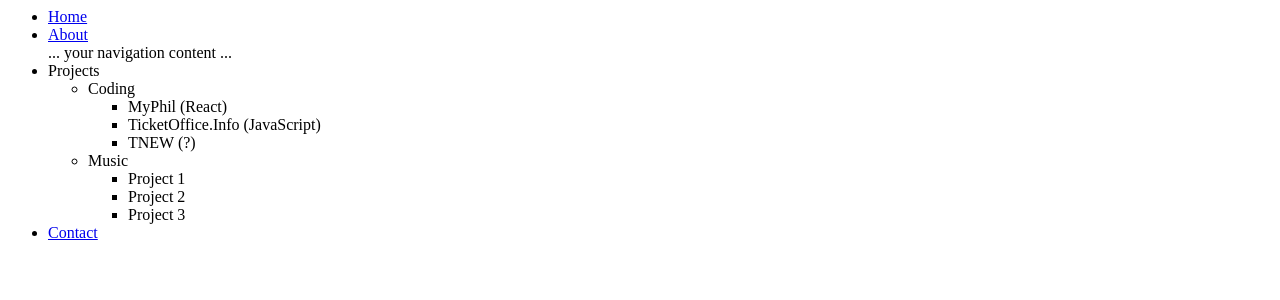
Repository: muesinga/aaronmuesing-dot-com
Page: components/nav.html
These files come from the project's save history. The page is drawn as it stood at one moment and after the next save; the edit follows.
The browser window is 1280 px wide. The pictures show the whole page.

Above is the page before, as saved 2022-06-22 16:46:53.

After the next save:
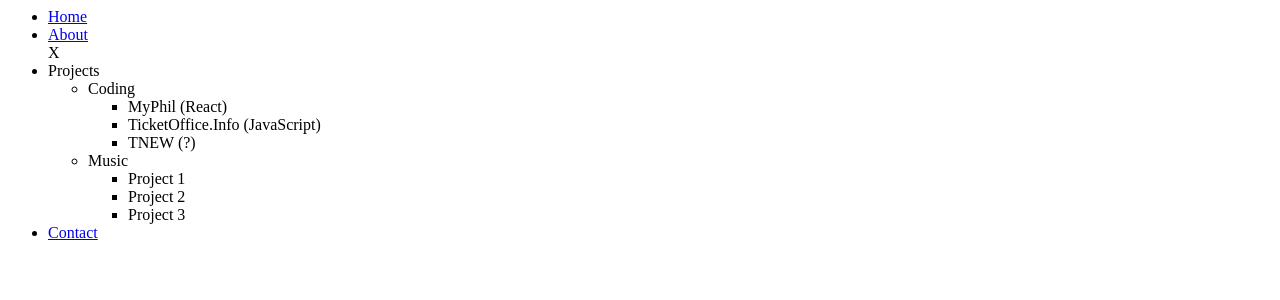
Saved 13 s later.
--- a/components/nav.html
+++ b/components/nav.html
@@ -1,7 +1,7 @@
 <ul class="dropdown">
     <li><a href="/index.html">Home</a></li>
     <li><a href="/about.html">About</a></li>
-    <script src="nav.js"></script>
+X
     <li>
         <div>Projects</div>
         <ul>
